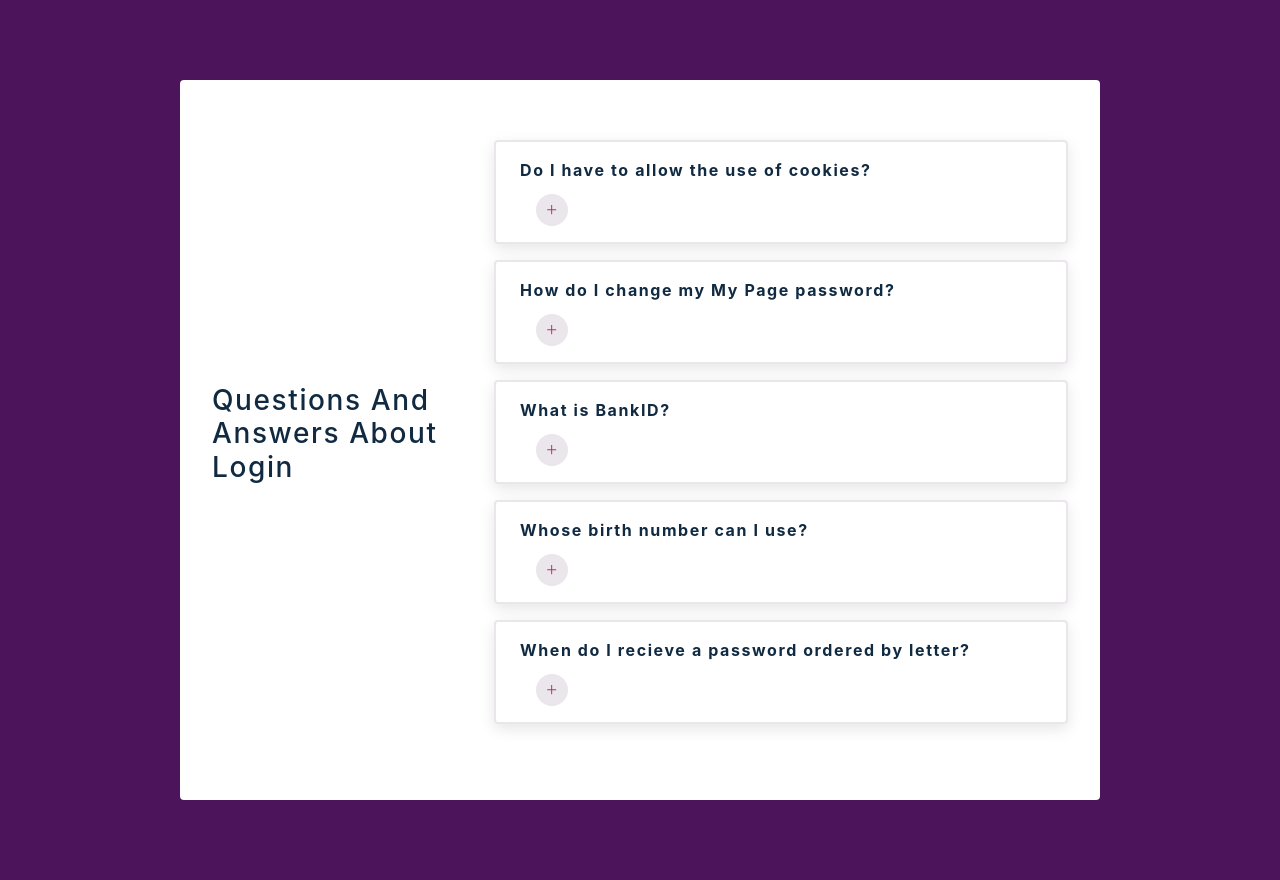
Repository: Reghanoid/Accordion
Page: /
These files come from the project's save history. The page is drawn as it stood at one moment and after the next save; the edit follows.
The browser window is 1280 px wide. The pictures show the whole page.
The project was rebuilt for these pictures with package versions that can differ from the ones it lists, and the page was loaded fresh each time.

Above is the page before, as saved 2022-06-06 15:56:12.

### src/App.js
import React, { useState } from 'react'
import data from './data'
import SingleQuestion from './Question'
function App() {
  const question = data.map((datum) => {
    const { key, title, info } = datum
    return <SingleQuestion id={key} title={title} info={info} />
  })
  return (
    <main className='container'>
      <h3>Questions And Answers About Login</h3>
      <div>{question}</div>
    </main>
  )
}

export default App

### src/data.js
const questions = [
  {
    id: 1,
    title: 'Do I have to allow the use of cookies?',
    info:
      'Unicorn vinyl poutine brooklyn, next level direct trade iceland. Shaman copper mug church-key coloring book, whatever poutine normcore fixie cred kickstarter post-ironic street art.',
  },
  {
    id: 2,
    title: 'How do I change my My Page password?',
    info:
      'Coloring book forage photo booth gentrify lumbersexual. Migas chillwave poutine synth shoreditch, enamel pin thundercats fashion axe roof party polaroid chartreuse.',
  },
  {
    id: 3,
    title: 'What is BankID?',
    info:
      'Enamel pin fam sustainable woke whatever venmo. Authentic asymmetrical put a bird on it, lumbersexual activated charcoal kinfolk banjo cred pickled sartorial.',
  },
  {
    id: 4,
    title: 'Whose birth number can I use?',
    info:
      'Edison bulb direct trade gentrify beard lo-fi seitan sustainable roof party franzen occupy squid. Knausgaard cronut succulents, scenester readymade shabby chic lyft. Copper mug meh vegan gentrify.',
  },
  {
    id: 5,
    title: 'When do I recieve a password ordered by letter?',
    info:
      'Locavore franzen fashion axe live-edge neutra irony synth af tilde shabby chic man braid chillwave waistcoat copper mug messenger bag. Banjo snackwave blog, microdosing thundercats migas vaporware viral lo-fi seitan ',
  },
]
export default questions

### src/Question.js
import React, { useState } from 'react'
import { AiOutlineMinus, AiOutlinePlus } from 'react-icons/ai'
const Question = (props) => {
  const [expandText, setExpandText] = useState(false)

  const toggleInfo = () => {}

  return (
    <>
      <section className='question'>
        <h4> {props.title} </h4>
        <button className='btn' onClick={toggleInfo}>
          <AiOutlinePlus />
        </button>
        <p style={{ display: 'none' }}> {props.info} </p>
      </section>
    </>
  )
}

export default Question

Loaded but not shown: public/index.html (common file); src/index.js (common file); src/index.css (common file)

After the next save:
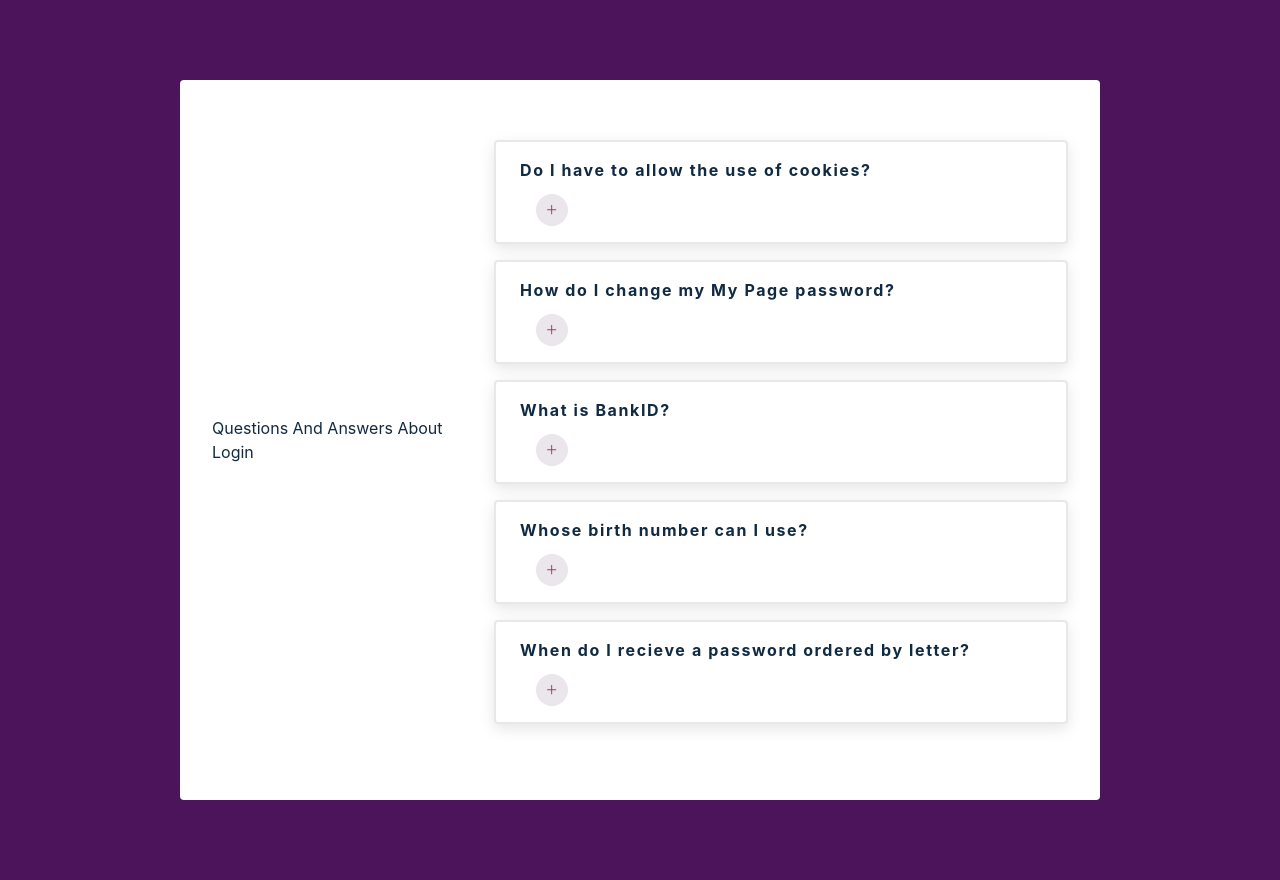
Saved 28 s later.
--- a/src/App.js
+++ b/src/App.js
@@ -8,7 +8,7 @@ function App() {
   })
   return (
     <main className='container'>
-      <h3>Questions And Answers About Login</h3>
+      <header>Questions And Answers About Login</header>
       <div>{question}</div>
     </main>
   )
